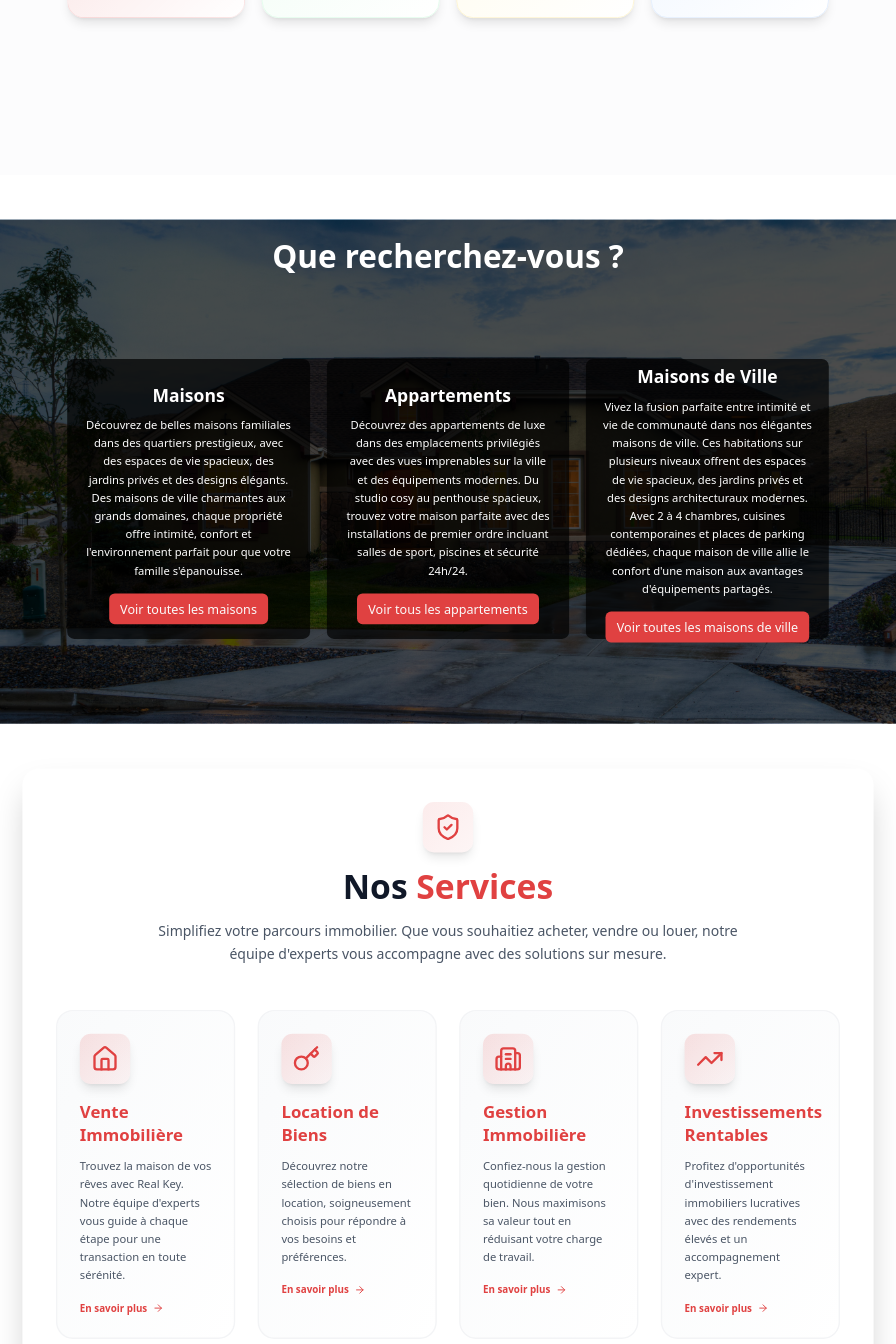
Repository: lamatmed/Real-Key
Page: /
The author's editor kept a copy of each file at every save. The page is drawn from the files as they stood at one save, then again after the next save.
The browser window is 1280 px wide. The pictures show the part of the page from y = 2234 to 4154 px (the page is 5537 px tall before and 5473 px after), at 70% of full size.
The page's requests for data from a server got no answer. The project was rebuilt for these pictures with package versions that can differ from the ones it lists, and the page was loaded fresh each time. Some packages were replaced by stand-ins written for this rebuild. The framework's server and built-in components were replaced by stand-ins that run in the browser. No one was signed in, and anything a server would have sent is missing. Also part of the build but not shown: next.config.ts, app/_components/PropertyCard.tsx.

Above is the page before, as saved 2025-09-28 17:14:26.

After the next save:
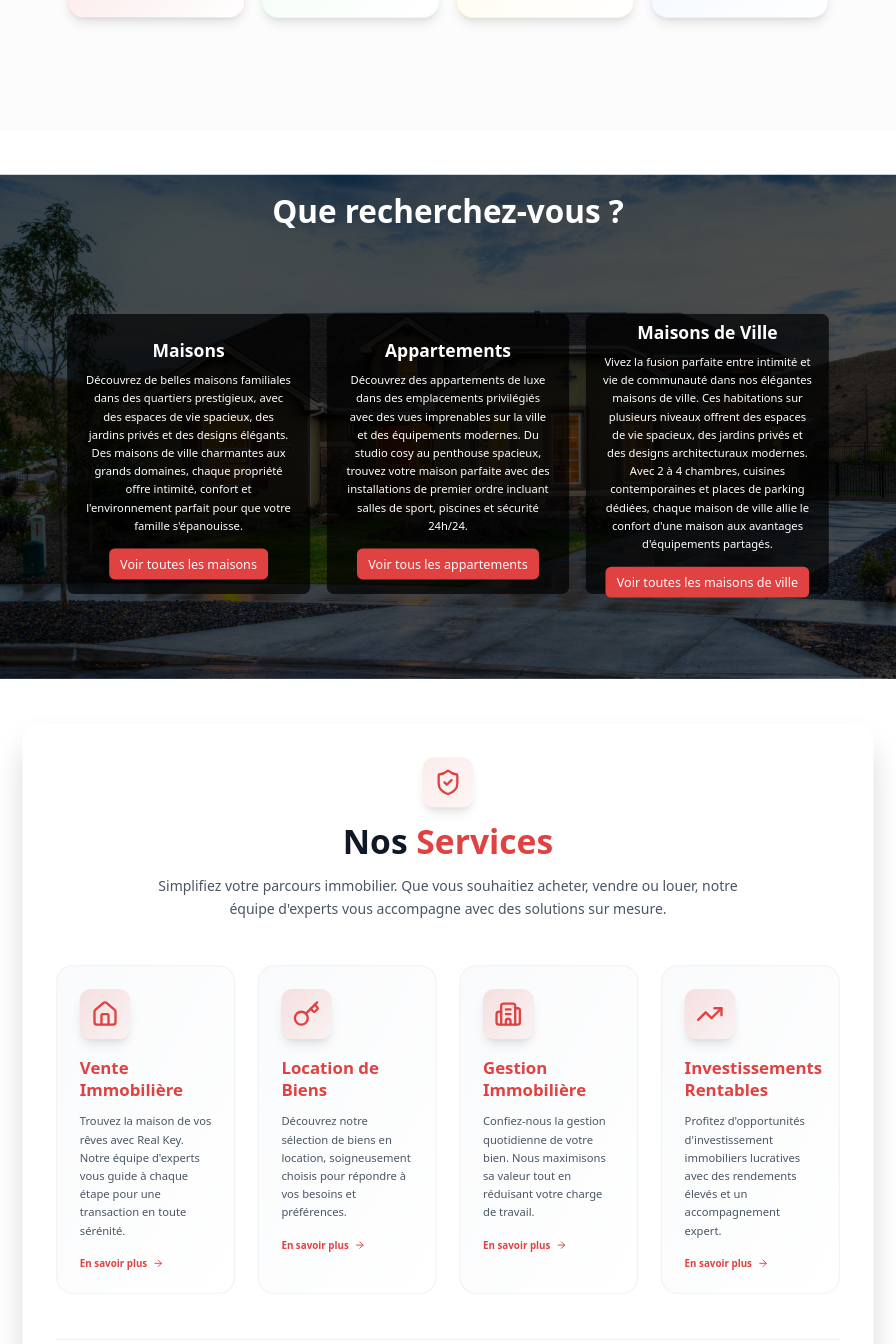
Saved 14 s later.
--- a/app/_components/FeaturedProperties.tsx
+++ b/app/_components/FeaturedProperties.tsx
@@ -106,9 +106,7 @@ function FeaturedProperties() {
                     <p className="text-gray-600 text-center font-medium">Villes couvertes</p>
                 </div>
             </div>
-            <div className=''>
 
-            </div>
         </section>
     )
 }
